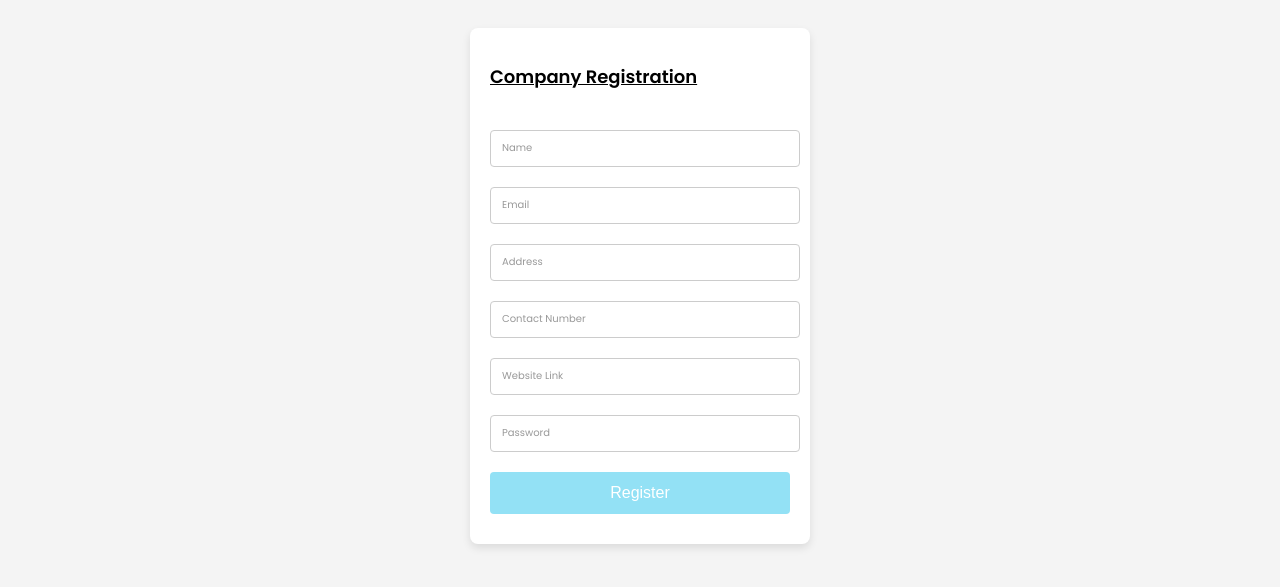
Repository: parthsabhani/Job_Portal_JSP_Servlet
Page: http://localhost/Job_Portal/companyRegistration.jsp
An editor plug-in stored every save of this project. The page is shown before and after the next save, followed by the edit.
The browser window is 1280 px wide. The pictures show the whole page.
The pointer rests on the first visible `.submit-btn`.
The page is served by Tomcat 9. Other server files are loaded and not shown.

Above is the page before, as saved 2025-04-22 08:38:04.

### Job_Portal/src/main/webapp/companyRegistration.jsp
<%@ page language="java" contentType="text/html; charset=UTF-8"
	pageEncoding="UTF-8"%>
<!DOCTYPE html>
<html lang="en">
<head>
<meta charset="UTF-8">
<meta name="viewport" content="width=device-width, initial-scale=1.0">
<title>Company Registration</title>

<!-- Import Poppins font -->
<link
	href="https://fonts.googleapis.com/css2?family=Poppins:wght@400;600&display=swap"
	rel="stylesheet">

<!-- Internal CSS -->
<style>
body {
	font-family: 'Poppins', sans-serif;
	background-color: #f4f4f4;
	display: flex;
	justify-content: center;
	align-items: center;
	height: 100%;
}

.registration-container {
	background-color: white;
	padding: 20px;
	margin: 20px;
	border-radius: 8px;
	box-shadow: 0 4px 8px rgba(0, 0, 0, 0.1);
	width: 100%;
	font-size: 12px;
	max-width: 300px;
}

h2 {
	text-decoration: underline;
	text-align: left;
	margin-bottom: 40px;
}

form {
	display: flex;
	flex-direction: column;
}

.input-container {
	position: relative;
	margin-bottom: 20px;
}

input {
	padding: 12px 4px;
	margin: 0;
	border: 1px solid #ccc;
	border-radius: 4px;
	font-size: 10px;
	width: 100%;
	background-color: #fff; /* Keep the input background white */
	z-index: 1; /* Ensure the input stays behind the label */
}

input:focus {
	border-color: #4d90fe;
	outline: none;
}

/* Floating label */
input:focus+label, input:not(:placeholder-shown)+label {
	font-size: 10px;
	color: #4d90fe;
	top: -9px; /* Adjusted to align with the upper edge of the text */
}

label {
	position: absolute;
	top: 10px; /* Slightly adjusted to align with the text */
	left: 8px;
	font-size: 10px;
	transition: all 0.2s ease;
	color: #999;
	pointer-events: none;
	z-index: 2; /* Ensure the label stays above the input */
	background-color: #fff; /* To avoid background showing through */
	padding: 0 4px;
	/* Add some padding to avoid label overlapping input edges */
}

.submit-btn {
	background-color: #93e1f5;
	color: white;
	padding: 12px;
	border: none;
	border-radius: 4px;
	font-size: 16px;
	cursor: pointer;
}

.submit-btn:hover {
	background-color: #93e1f5;
}

.error {
	color: red;
	font-size: 10px;
	margin-bottom: 10px;
}
</style>
</head>
<body>

	<div class="registration-container">
		<h2>Company Registration</h2>
		<form action="" method="post" id="registrationForm">

			<!-- Full Name Field -->
			<div class="input-container">
				<input type="text" id="fullName" name="fullName" placeholder=" "
					required> <label for="fullName">Name</label>
			</div>

			<!-- Email Field -->
			<div class="input-container">
				<input type="email" id="email" name="email" placeholder=" " required>
				<label for="email">Email</label>
			</div>

			<!-- Address Field -->
			<div class="input-container">
				<input type="text" id="address" name="address" placeholder=" ">
				<label for="address">Address</label>
			</div>

			<!-- Phone Number Field -->
			<div class="input-container">
				<input type="tel" id="phone" name="phone" placeholder=" " required>
				<label for="phone">Contact Number</label>
			</div>

			<!-- Web site Field -->
			<div class="input-container">
				<input type="text" id="website" name="website" placeholder=" ">
				<label for="website">Website Link</label>
			</div>

			<!-- Password Field -->
			<div class="input-container">
				<input type="password" id="password" name="password" placeholder=" "
					required> <label for="password">Password</label>
			</div>

			<button type="submit" class="submit-btn">Register</button>

			<div id="errorMessages" class="error">
				<%
				// JSP Server-side Error Messages
				String errorMessages = (String) request.getAttribute("errorMessages");
				if (errorMessages != null) {
					out.print(errorMessages);
				}
				%>
			</div>
		</form>
	</div>

</body>
</html>

After the next save:
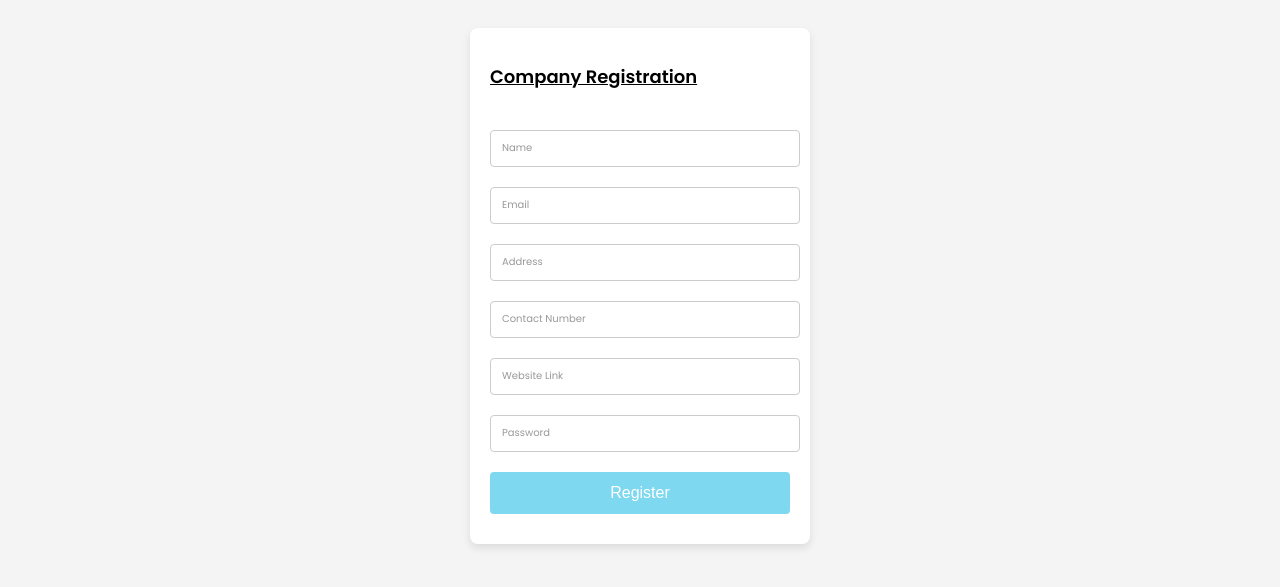
Saved 19 s later.
--- a/Job_Portal/src/main/webapp/companyRegistration.jsp
+++ b/Job_Portal/src/main/webapp/companyRegistration.jsp
@@ -98,7 +98,7 @@ label {
 }
 
 .submit-btn:hover {
-	background-color: #93e1f5;
+	background-color: #7dd8f0;
 }
 
 .error {
